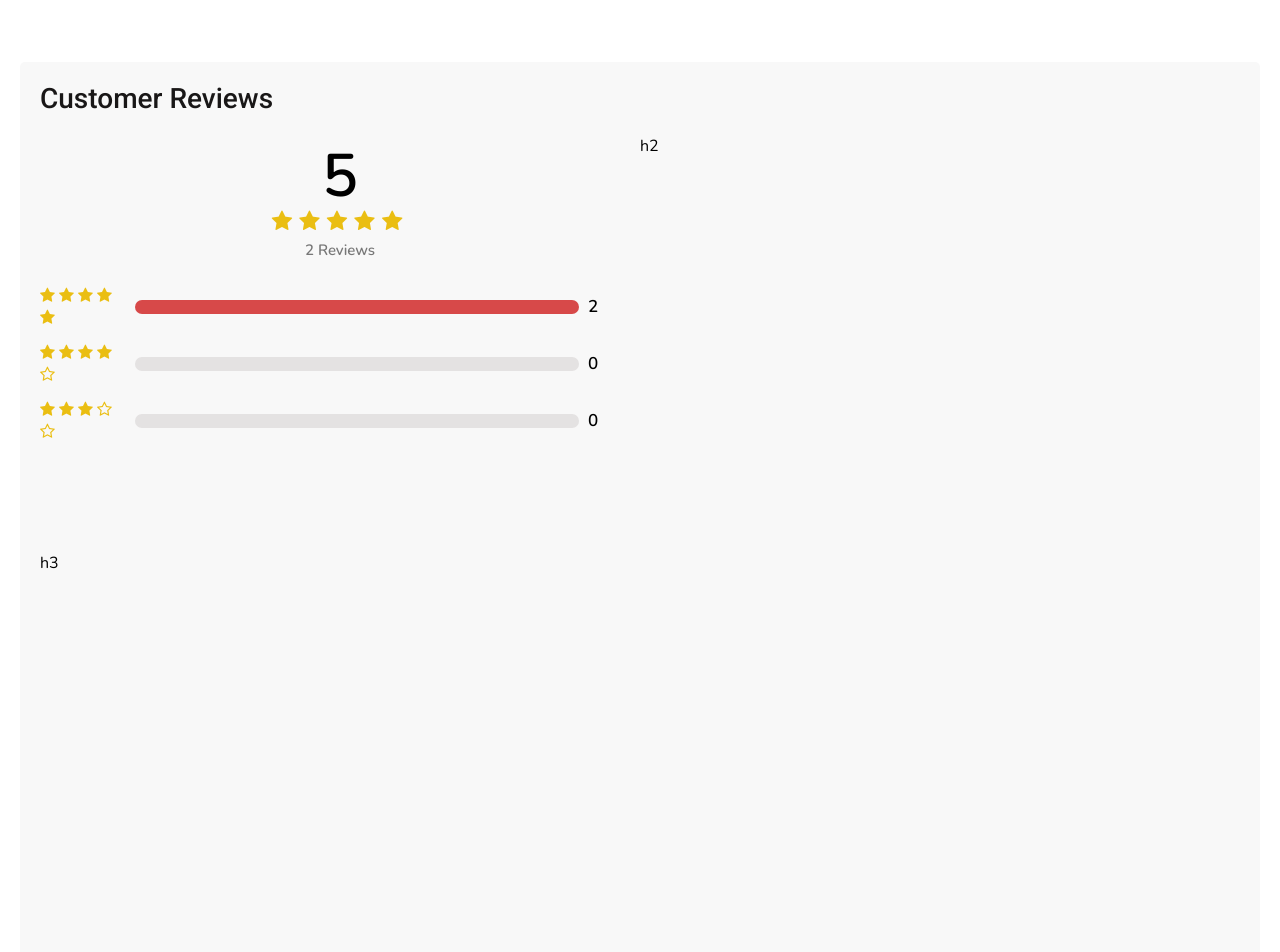
Repository: NguyenDinhThuyVy/TestWebsite
Page: detail.html
An editor plug-in stored every save of this project. The page is shown before and after the next save, followed by the edit.
The browser window is 1280 px wide. The pictures show the part of the page from y = 3035 to 3987 px (the page is 4177 px tall).
A picture or video elsewhere on the page could not be fetched, so the positions and the page height are approximate. Some web fonts or font styles are not loaded; a fallback is used.

Above is the page before, as saved 2023-10-12 20:55:33.

After the next save:
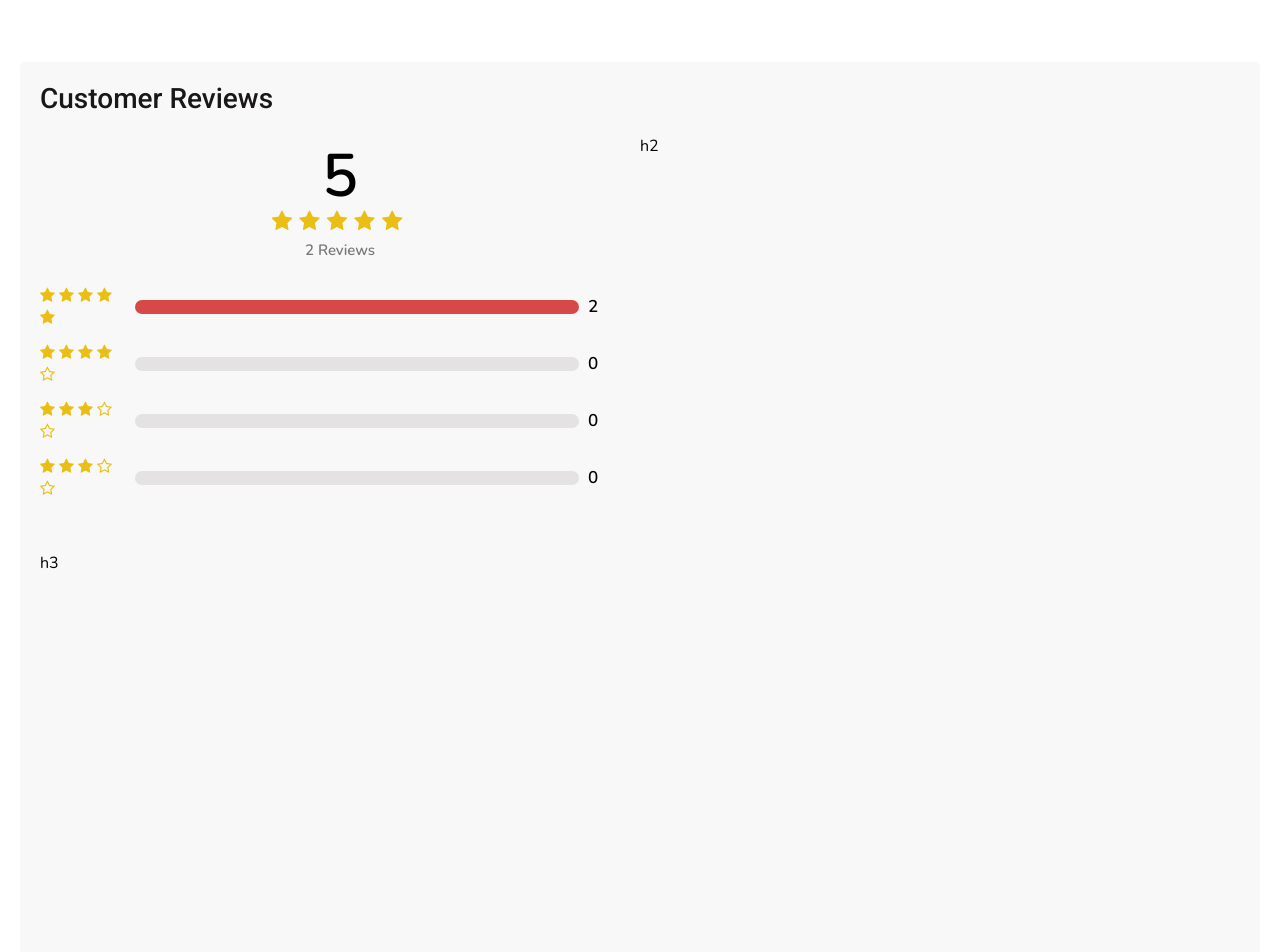
Saved 92 s later.
--- a/detail.html
+++ b/detail.html
@@ -561,6 +561,21 @@
                     <span>0</span>
                   </div>
                 </div>
+                <div class="rating-three rating-items">
+                  <div class="stars-area">
+                    <i class="fa fa-solid fa-star fa-2xl icon-star"></i>
+                    <i class="fa fa-solid fa-star fa-2xl icon-star"></i>
+                    <i class="fa fa-solid fa-star fa-2xl icon-star"></i>
+                    <i class="fa fa-star-o icon-star"></i>
+                    <i class="fa fa-star-o icon-star"></i>
+                  </div>
+                  <div class="wrapper-proportional-area">
+                    <div class="proportional-area"></div>
+                  </div>
+                  <div class="quantity-area">
+                    <span>0</span>
+                  </div>
+                </div>
               </div>
             </div>
             <div class="add-Review">h2</div>
